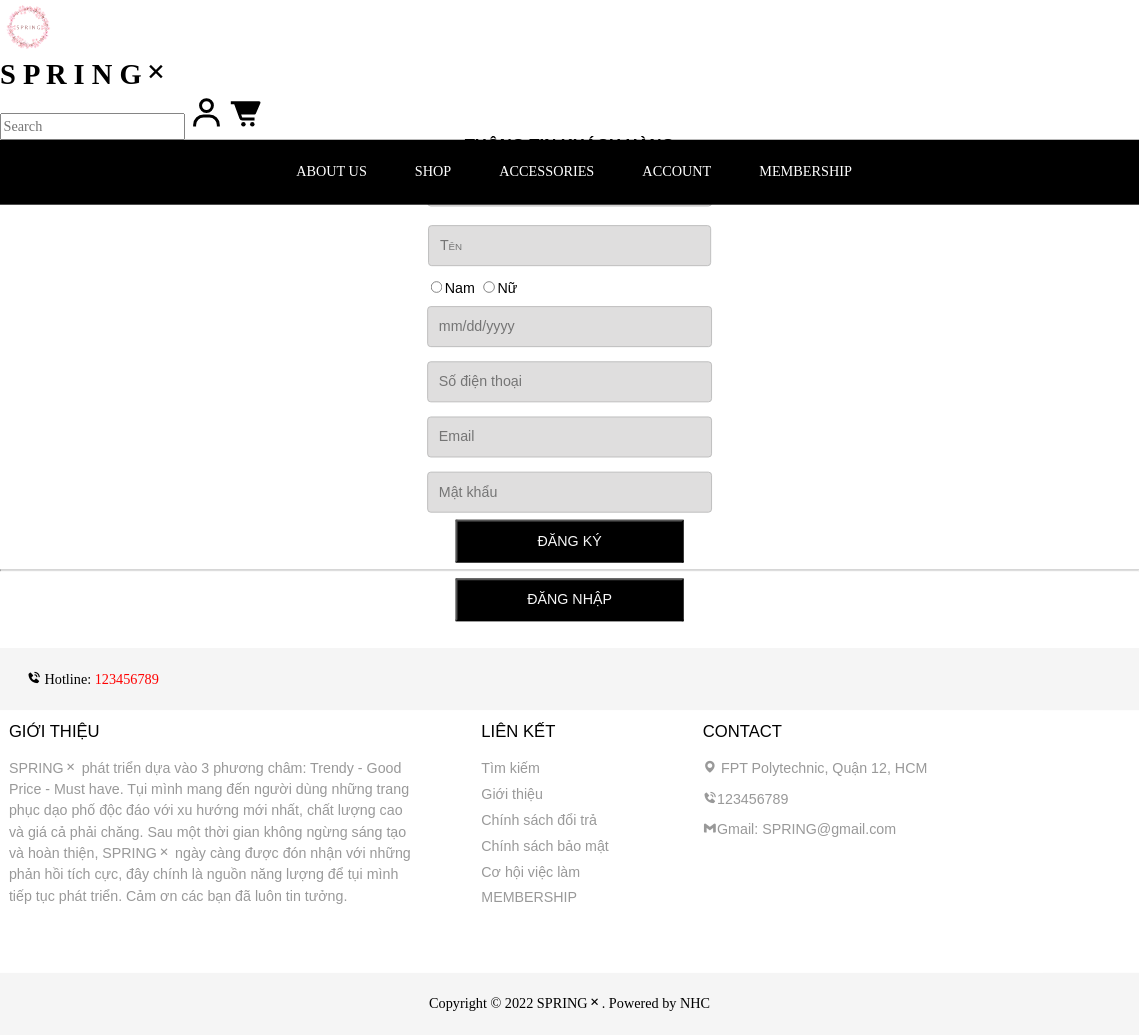
Repository: chuong2811/chuong2811
Page: ASM-PER/index.html
These files come from the project's save history. The page is drawn as it stood at one moment and after the next save; the edit follows.
The browser window is 1280 px wide. The pictures show the whole page, at 89% of full size.
Some web fonts or font styles are not loaded; a fallback is used.

Above is the page before, as saved 2022-02-19 21:13:48.

### ASM-PER/index.html
<!DOCTYPE html>
<html lang="en">

<head>
    <meta charset="UTF-8">
    <meta http-equiv="X-UA-Compatible" content="IE=edge">
    <meta name="viewport" content="width=device-width, initial-scale=1.0">
    <title>SPRING</title>
    <link rel="stylesheet" href="style.css">
    <link href='https://unpkg.com/boxicons@2.1.1/css/boxicons.min.css' rel='stylesheet'>
</head>

<body>
    <header>
        <div class="logo">
            <a href="/index.html"><img src="Spring Blossom Gardens Logo.png" width="5%"></a>
            <h1>S P R I N G<i class='bx bx-x'></i></h1>
            <div class="phukien">
                <span><input class="control" type="search" placeholder="Search">
                </span>
                <a href="index.html"><svg xmlns="http://www.w3.org/2000/svg" viewBox="0 0 24 24" width="40"
                        height="40">
                        <path
                            d="M12 2a5 5 0 1 0 5 5 5 5 0 0 0-5-5zm0 8a3 3 0 1 1 3-3 3 3 0 0 1-3 3zm9 11v-1a7 7 0 0 0-7-7h-4a7 7 0 0 0-7 7v1h2v-1a5 5 0 0 1 5-5h4a5 5 0 0 1 5 5v1z" />
                    </svg></a>
                <a href="/ASM-BUY/index.html"><svg xmlns="http://www.w3.org/2000/svg" width="40" height="40" viewBox="0 0 24 24">
                        <path
                            d="M21 4H2v2h2.3l3.521 9.683A2.004 2.004 0 0 0 9.7 17H18v-2H9.7l-.728-2H18c.4 0 .762-.238.919-.606l3-7A.998.998 0 0 0 21 4z" />
                        <circle cx="10.5" cy="19.5" r="1.5" />
                        <circle cx="16.5" cy="19.5" r="1.5" />
                    </svg></a>
            </div>
        </div>
        <nav class="menu">
            <ul class="nav">
                <li><a href="/ASM-WEL/index.html">ABOUT US</a></li>
                <li><a href="/index.html">SHOP</a>
                    <ul class="sub-menu">
                        <li><a href="/index.html">HOTS</a></li>
                        <li><a href="/index.html">T-SHIRT</a></li>
                        <li><a href="/index.html">PANTS</a></li>
                        <li><a href="/index.html">JACKET</a></li>
                        <li><a href="/index.html">HOODIES</a></li>
                    </ul>
                </li>
                <li><a href="/index.html">ACCESSORIES</a>
                    <ul class="sub-menu">
                        <li><a href="/index.html">BAGS</a></li>
                        <li><a href="/index.html">CAP</a></li>
                        <li><a href="/index.html">SOCKS</a></li>
                    </ul>
                </li>
                <li><a href="index.html">ACCOUNT</a></li>
                <li><a href="/ASM-MEM/index.html">MEMBERSHIP</a></li>
            </ul>
        </nav>

    </header>
    <div class="batdau">
        <h3>THÔNG TIN KHÁCH HÀNG</h3>
    </div>
    <div class="form">
        <div class="ho">
            <input class="control2" type="text" placeholder="Họ">
        </div>
        <div class="ten">
            <input class="control2" type="text" placeholder="Tên">
        </div>
        <div class="gioitinh">
            <label><input type="radio">Nam</label>
            <label><input type="radio">Nữ</label>
        </div>
        <div class="sinh">
            <input class="control2"type="text" value placeholder="mm/dd/yyyy">
        </div>
        <div class="so">
            <input class="control2" type="munber" placeholder="Số điện thoại">
        </div>
        <div class="email">
            <input class="control2"type="text" placeholder="Email">
        </div>
        <div class="pass">
            <input class="control2" type="password" placeholder="Mật khẩu">
        </div>
        <div class="dangky">
            <button class="control1"class="button">ĐĂNG KÝ</button>
        </div>
        <hr>
        <div class="dangky">
            <button class="control1"class="button">ĐĂNG NHẬP</button>
        </div>
    </div>
    <div class="hotline">
        <p>
            <i class='bx bxs-phone-call'></i>
            Hotline: <a href="" style="color: red">123456789</a>
        </p>
    </div>
    <footer>
        <div class="ended">
            <div class="footer-icon aboutus">
                <h3>GIỚI THIỆU</h3>
                <p>SPRING<i class='bx bx-x'></i> phát triển dựa vào 3 phương châm: Trendy - Good Price - Must have. Tụi
                    mình mang đến người dùng những trang phục dạo phố độc đáo với xu hướng mới nhất, chất lượng cao và
                    giá cả phải chăng.
                    Sau một thời gian không ngừng sáng tạo và hoàn thiện, SPRING<i class='bx bx-x'></i> ngày càng được
                    đón nhận với những phản hồi tích cực, đây chính là nguồn năng lượng để tụi mình tiếp tục phát triển.
                    Cảm ơn các bạn đã luôn tin tưởng.</p>
            </div>
            <div class="footer-icon lienket">
                <h3 class="ket">LIÊN KẾT</h3>
                <ul>
                    <li><a href="#">Tìm kiếm</a></li>
                    <li><a href="/ASM-WEL/index.html">Giới thiệu</a></li>
                    <li><a href="#">Chính sách đổi trả</a></li>
                    <li><a href="#">Chính sách bảo mật</a></li>
                    <li><a href="#">Cơ hội việc làm</a></li>
                    <li><a href="/ASM-MEM/index.html">MEMBERSHIP</a></li>
                </ul>
            </div>
            <div class="ooter-icon contact">
                <h3 class="ket">CONTACT</h3>
                <ul>
                    <li>
                        <p><i class='bx bxs-map'></i> FPT Polytechnic, Quận 12, HCM</p>
                    </li>
                    <li>
                        <p><i class='bx bxs-phone-call'></i>123456789</p>
                    </li>
                    <li>
                        <p><i class='bx bxl-gmail'></i>Gmail: SPRING@gmail.com</p>
                    </li>
                </ul>
            </div>
        </div>
    </footer>
    <div class="end">Copyright © 2022 SPRING<i class='bx bx-x'></i>. Powered by NHC</div>

</body>

</html>

### ASM-PER/style.css
@import url('https://fonts.googleapis.com/css2?family=Roboto:wght@300&display=swap');
@import url('https://fonts.googleapis.com/css2?family=Gentium+Basic&display=swap');
*::before,
*::after {
  box-sizing: border-box;
}
body,
h1,
h2,
h3,
h4,
h5,
h6,
p,
figure,
picture {
  margin: 0;
}
body {
  min-height: 100vh;
  line-height: 1.5;
}
input,
button,
select,
textarea {
  font: inherit;
}
img,
picture {
  display: block;
  max-width: 100%;
}
/* remove animation for people who've turned them off */
@media (prefers-reduced-motion: reduce) {
  *,
  *::before,
  *::after {
    animation-duration: 0.01ms !important;
    animation-iteration-count: 1 !important;
    transition-duration: 0.01ms !important;
    scroll-behavior: auto !important;
  }
}
html{
    font-family: 'Gentium Basic', serif;
}
header{
    position: fixed;
    top: 0px;
    right:0px;
    left: 0px;
    z-index: 5;
}
.ten{
    font-variant: small-caps;
    text-align: center;
    padding: 5px;
    margin: 0px;
    background: white;
}
.ten h1{
    padding:0px;
    width: 210px;
    height: 50px;
    padding-left: 25px 25px;
    margin: 0px auto;
    border: 1px solid white;
}
.ten img{
    position: absolute;
    top: 0px;
    left: 10px;
}
.ten .phukien{
    position: absolute !important ;
    max-width: 100%;
    top: 10px;
    right:20px;
}
.ten .phukien .control{
    /* display: none; */
    position:relative;
    top: -15px;
    right:0;
    width: 200px;
    padding: 0px;
    box-sizing: border-box;
    border: 1px solid black;
    border-radius: 4px;
    outline:none;
    padding: 10px 12px;
}
.menu{
    text-align: center;
    background: black;
    padding: 0.5px;
}
.menu .nav>li{
    display: inline-block;
    margin-right: 30px;
}
.menu .nav>li>a{
    color: white;
    text-decoration: none;
}
.sub-menu{
    text-align: left;
    color: black;
}
.menu .nav .sub-menu>li>a{
    text-decoration: none;
    color: black;
}

.menu .nav li{
    position: relative;
    list-style:none;
}
.menu .nav li a{
    padding: 10px;
    line-height: 20px;
    display: inline-block;
}
.menu .nav .sub-menu{
    display: none;
    position: absolute;
    top: 0;
    left: 100%;
    width: 200px;
    background-color: #f8f8f8;
    padding: 0px;
    top: 40px;
    left: 0;
}
.menu .nav .sub-menu>li:hover{
    background-color:  gray;
}
.menu .nav li:hover>.sub-menu{
    display: block;
}
.menu .nav>li>a:hover{
    color: #999;
}
.batdau{
    padding-top: 150px;
    text-align: center;
    font-family: 'Be Vietnam Pro', sans-serif;
}
.form{
   padding-top: 0px;
   font-family: 'Be Vietnam Pro', sans-serif;
   text-align: center;
}
.gioitinh {
    padding-right: 220px;
}
.control2{
    width: 25%;
    top: -15px;
    right:0;
    margin: 8px;
    box-sizing: border-box;
    border: 1px solid #b9b9b9;
    background-color: rgb(223, 222, 222);
    border-radius: 4px;
    outline:none;
    padding: 10px 12px;
}
.control2:focus{
    background-color: white;
}
.control1{
    width: 20%;
    background-color: black;
    color: #f8f8f8;
    padding: 10px 12px;
    box-shadow: 0 0 0 0;
}
.control1:hover{
    background-color: whitesmoke;
    color: black;
    box-shadow: 0 0 0 0;
}
.hotline{
    height: 70px;
    background: whitesmoke;
    line-height: 70px;
}
.hotline p{
    margin: 30px;
}
.hotline p a{
    text-decoration: none;
    color:black;
}
footer{
    position: relative;
    width: 90%;
    height: 275px;
    padding: 10px;
    background: white;
    font-family: 'Be Vietnam Pro', sans-serif; ;
}
footer .ended{
    display: flex;
}
footer .ended .footer-icon{
    margin-right: 30px;
}
.aboutus{
    width:40%;
}
.aboutus h3{
    position: relative;
    color:black;
    font-weight: 500;
    margin-bottom: 15px;
}
.aboutus p{
    color: #999;
}
.lienket h3{
    position: relative;
    color: black;
    font-weight: 500;
    margin-bottom: 15px;
    margin-left: 40px;
}
.lienket{
   position: relative;
   width: 19%;
}
.lienket ul li{
    list-style: none;
}
.lienket ul li a{
    color: #999;
    text-decoration: none;
    margin-bottom: 5px;
    display: inline-block;
}
.lienket ul li a:hover{
    color: black;
}
.contact h3{
    position: relative;
    color: black;
    font-weight: 500;
    margin-bottom: 15px;
    margin-left: 40px;
}
.contact{
   position: relative;
   width: 35%;
}
.contact ul li{
    list-style: none;
}
.contact ul li p{
    color: #999;
    text-decoration: none;
    margin-bottom: 10px;
    display: inline-block;
}

.end{
    font-family: 'Gentium Basic', serif;
    height: 70px;
    background: whitesmoke;
    line-height: 70px;
    color: black;
    text-align: center;
}

After the next save:
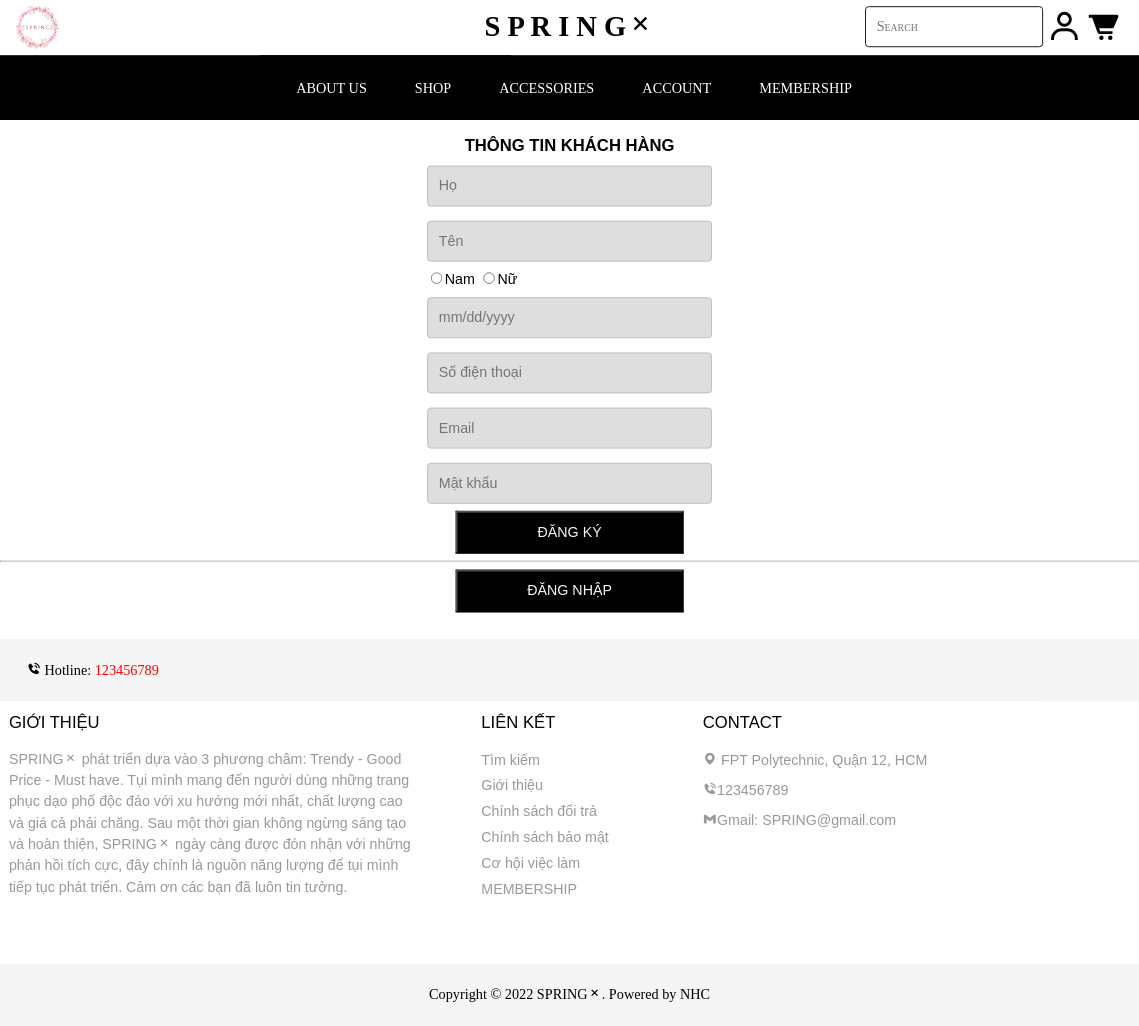
Saved 2 min 55 s later.
--- a/ASM-PER/style.css
+++ b/ASM-PER/style.css
@@ -44,6 +44,7 @@ picture {
 }
 html{
     font-family: 'Gentium Basic', serif;
+    scroll-behavior: smooth;
 }
 header{
     position: fixed;
@@ -52,14 +53,14 @@ header{
     left: 0px;
     z-index: 5;
 }
-.ten{
+.logo{
     font-variant: small-caps;
     text-align: center;
     padding: 5px;
     margin: 0px;
     background: white;
 }
-.ten h1{
+.logo h1{
     padding:0px;
     width: 210px;
     height: 50px;
@@ -67,18 +68,18 @@ header{
     margin: 0px auto;
     border: 1px solid white;
 }
-.ten img{
+.logo img{
     position: absolute;
     top: 0px;
     left: 10px;
 }
-.ten .phukien{
+.logo .phukien{
     position: absolute !important ;
     max-width: 100%;
     top: 10px;
     right:20px;
 }
-.ten .phukien .control{
+.logo .phukien .control{
     /* display: none; */
     position:relative;
     top: -15px;
@@ -96,31 +97,25 @@ header{
     background: black;
     padding: 0.5px;
 }
+.menu .nav li{
+    position: relative;
+    list-style:none;
+}
 .menu .nav>li{
     display: inline-block;
     margin-right: 30px;
 }
-.menu .nav>li>a{
+.menu .nav li a{
     color: white;
     text-decoration: none;
-}
-.sub-menu{
-    text-align: left;
-    color: black;
-}
-.menu .nav .sub-menu>li>a{
-    text-decoration: none;
-    color: black;
-}
-
-.menu .nav li{
-    position: relative;
-    list-style:none;
 }
 .menu .nav li a{
     padding: 10px;
     line-height: 20px;
     display: inline-block;
+}
+.menu .nav>li>a:hover{
+    color: #999;
 }
 .menu .nav .sub-menu{
     display: none;
@@ -132,15 +127,18 @@ header{
     padding: 0px;
     top: 40px;
     left: 0;
+    text-align: left;
+    color: black;
+}
+.menu .nav .sub-menu>li>a{
+    text-decoration: none;
+    color: black;
 }
 .menu .nav .sub-menu>li:hover{
     background-color:  gray;
 }
 .menu .nav li:hover>.sub-menu{
     display: block;
-}
-.menu .nav>li>a:hover{
-    color: #999;
 }
 .batdau{
     padding-top: 150px;
